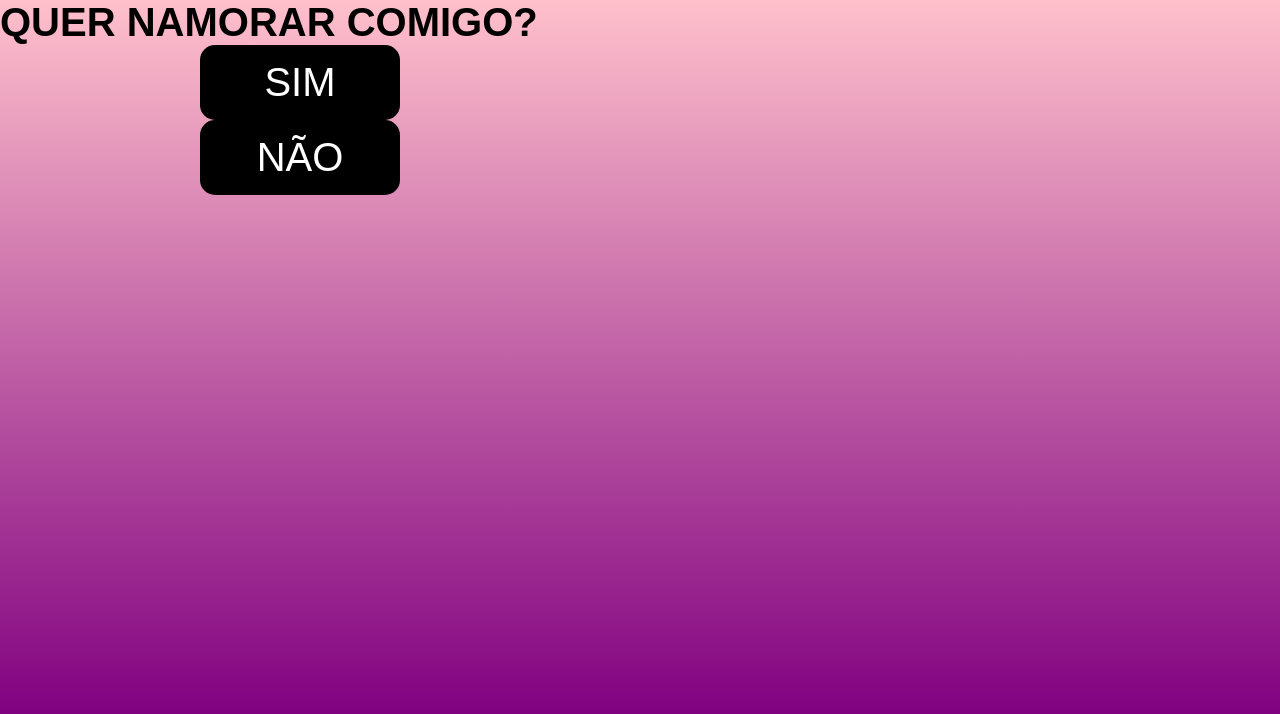
Repository: Matheus904-12/Namorar-
Page: index.html
The author's editor kept a copy of each file at every save. The page is drawn from the files as they stood at one save, then again after the next save.
The browser window is 1280 px wide. The pictures show the whole page.

Above is the page before, as saved 2023-08-28 23:20:04.

### index.html
<!DOCTYPE html>
<html lang="en">

<head>
    <meta charset="UTF-8">
    <meta name="viewport" content="width=device-width, initial-scale=1.0">
    <title>Document</title>
    <style>
        * {
            margin: 0;
            border: 0;
            padding: 0;
            box-sizing: border-box;
        }

        body {
            background: linear-gradient(pink, purple);
            background-repeat: no-repeat;
            background-attachment: fixed;
        }

        .btn {
            background-color: black;
            color: white;
            font: 300 40px 'Poppins', sans-serif;
            padding: 15px 30px;
            width: 200px;
            border-radius: 15px;
            cursor: pointer;
        }

        .tituloPrincipal {
            font: 700 40px 'Poppins', sans-serif;
        }

        .titulo {
            text-align: center;
            margin: 50px 0;
        }

        .botoes {
            display: flex;
            justify-content: space-between;
            margin: 0 200px;
        }
    </style>
</head>

<body>
    <div class="tiulo">
        <h1 class="tituloPrincipal">
            QUER NAMORAR COMIGO?
        </h1>
    </div>
    <div class="botoes">
        <div class="botaoS">
        <button class="btn" onclick="sim()">SIM</button>

        <div class="botaoN">
            <button class="btn" onclick="esquivo()" onmouseover="esquivo()">NÃO</button>
        </div>
    </div>
</div>
</body>

</html>

After the next save:
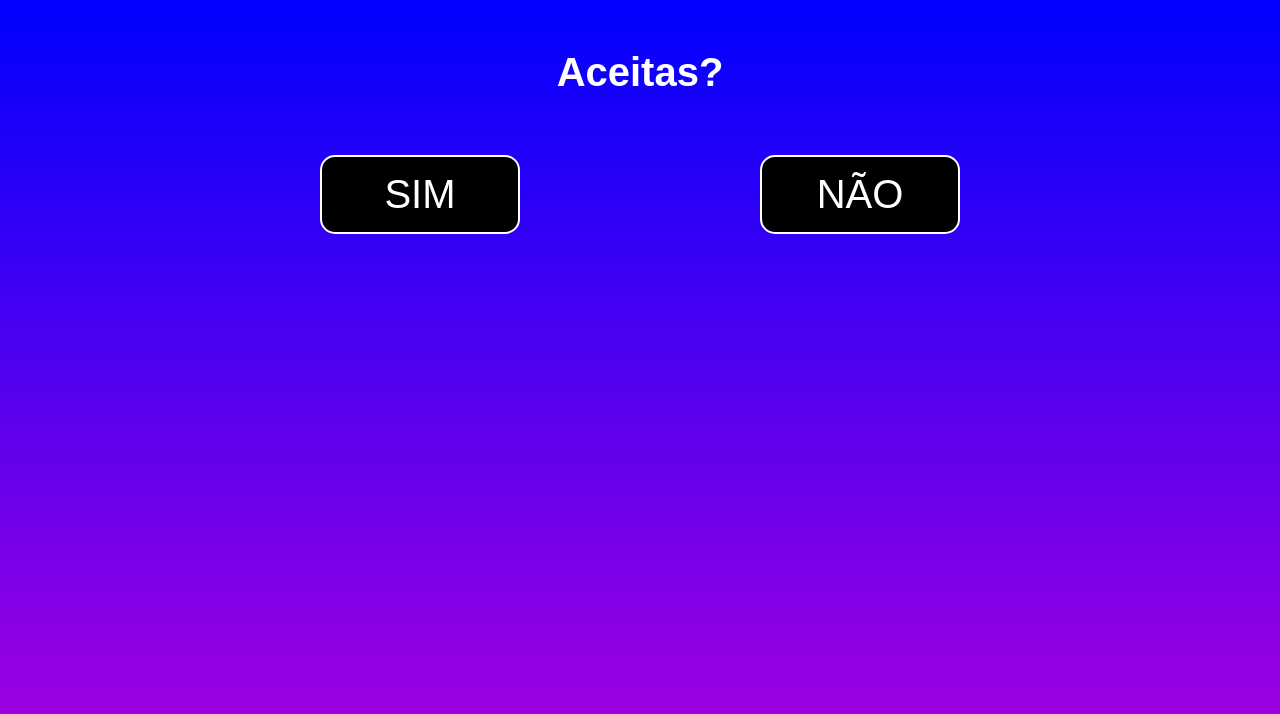
Saved 70 s later.
--- a/index.html
+++ b/index.html
@@ -4,7 +4,8 @@
 <head>
     <meta charset="UTF-8">
     <meta name="viewport" content="width=device-width, initial-scale=1.0">
-    <title>Document</title>
+    <title>Sim</title>
+
     <style>
         * {
             margin: 0;
@@ -14,23 +15,33 @@
         }
 
         body {
-            background: linear-gradient(pink, purple);
+            background: linear-gradient(blue, rgb(158, 0, 225));
             background-repeat: no-repeat;
             background-attachment: fixed;
         }
 
         .btn {
-            background-color: black;
-            color: white;
+            color: #fff;
+            background-color: #000;
             font: 300 40px 'Poppins', sans-serif;
             padding: 15px 30px;
+
             width: 200px;
             border-radius: 15px;
+            border: 2px solid #fff;
+            margin: 10px;
+
             cursor: pointer;
+            transition: ease-in-out 0.3s;
+
+            display: flex;
+            align-items: center;
+            justify-content: center;
         }
 
         .tituloPrincipal {
             font: 700 40px 'Poppins', sans-serif;
+            color: #fff;
         }
 
         .titulo {
@@ -40,27 +51,53 @@
 
         .botoes {
             display: flex;
-            justify-content: space-between;
+            justify-content: space-around;
             margin: 0 200px;
         }
+
+        @media screen and (max-width: 768px) {
+            .btn {
+                display: flex;
+                width: 100px;
+                font: 300 30px 'Poppins', sans-serif;
+            }
+
+            .botoes {
+                display: flex;
+            }
+        }
     </style>
+    <script>
+        function sim() {
+            location.href = 'https://www.youtube.com/watch?v=2naK-o4XzXM';
+        }
+
+        function esquivo(btn) {
+            btn.style.position = 'absolute';
+            btn.style.bottom = posicao(10, 80);
+            btn.style.left = posicao(10, 80);
+        }
+
+        function posicao(min, max) {
+            return (Math.random() * (max - min + min)) + "%"
+        }
+    </script>
 </head>
 
 <body>
-    <div class="tiulo">
-        <h1 class="tituloPrincipal">
-            QUER NAMORAR COMIGO?
-        </h1>
+    <div class="titulo">
+        <h1 class="tituloPrincipal">Aceitas?</h1>
     </div>
+
     <div class="botoes">
         <div class="botaoS">
-        <button class="btn" onclick="sim()">SIM</button>
-
+            <button class="btn" onclick="sim()">SIM</button>
+        </div>
         <div class="botaoN">
-            <button class="btn" onclick="esquivo()" onmouseover="esquivo()">NÃO</button>
+            <button class="btn" onclick="esquivo(this)" onmouseover="esquivo(this)">NÃO</button>
         </div>
     </div>
-</div>
+
 </body>
 
 </html>
